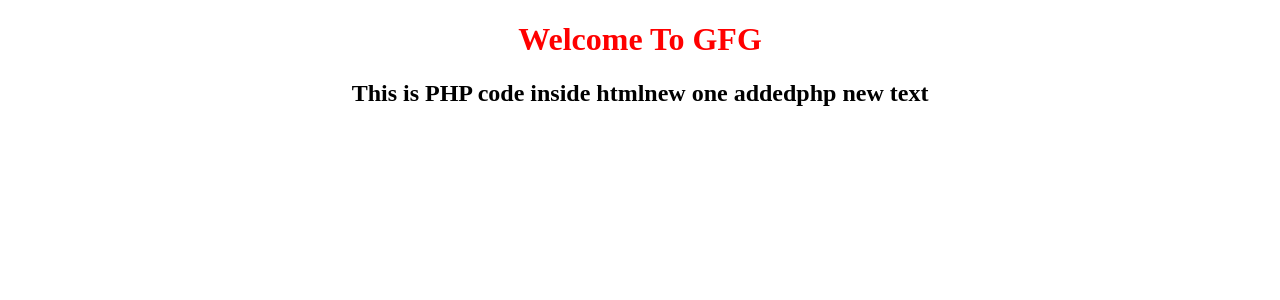
Repository: navyasureshkodenkiri/phpprojectgh-
Page: http://localhost/example1.php
The author's editor kept a copy of each file at every save. The page is drawn from the files as they stood at one save, then again after a run of saves.
The browser window is 1280 px wide. The pictures show the whole page.
The page is run by PHP 8.4 with error messages shown; the project is at /var/www/html/.

Above is the page before, as saved 2022-12-14 11:04:01.

After the next 2 saves:
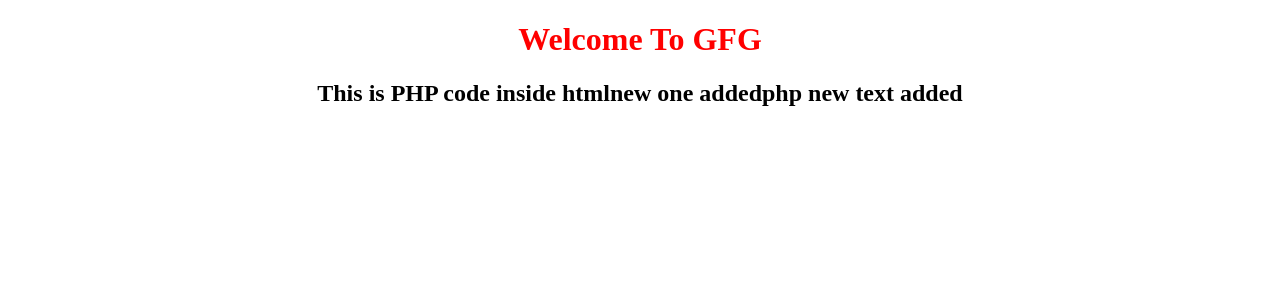
The 2 saves are shown as one change because they came seconds apart.
The last was saved 13 s later.
--- a/example1.php
+++ b/example1.php
@@ -17,7 +17,7 @@
             <?php
             echo "This is PHP code inside html";
             echo "new one added";
-            echo "php new text"
+            echo "php new text added"
 
             ?>
         </h2>
